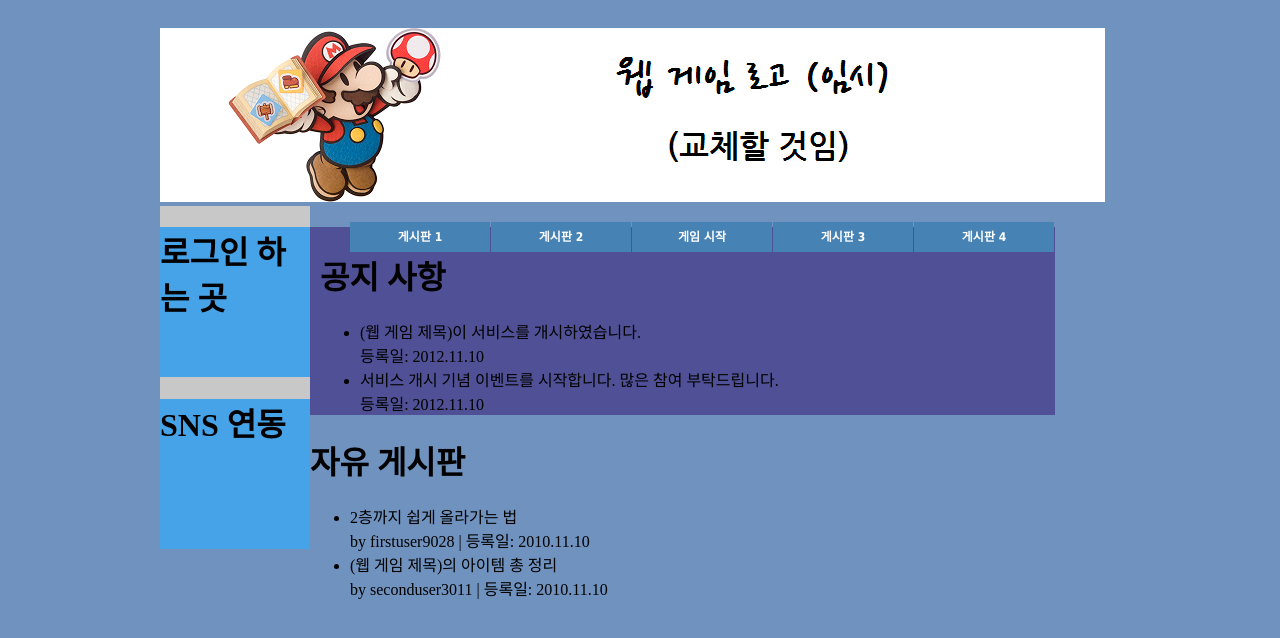
Repository: gunhe123/web_programing_project_Team_4
Page: http://localhost/web_game/
An editor plug-in stored every save of this project. The page is shown before and after the next save, followed by the edit.
The browser window is 1280 px wide. The pictures show the whole page.
The page is served by Tomcat 9. Nobody is signed in. The application's start-up code is not run. Other server files are loaded and not shown.

Above is the page before, as saved 2012-11-10 16:05:14.

### web_game/WebContent/index.html
<!DOCTYPE html>
<html lang="ko">
<head>
	<meta charset="utf-8">
	<title>Web Game</title>
	<link href="stylesheets/main.css" rel="stylesheet" type="text/css">
</head>
<body>
<div id="wrap">
	<div id="top_logo">
		<img src="images/mario.png" alt="Web Game Logo">
	</div>
	<div id="content">
		<div id="sidebar">
			<div id="login_box">
			<h1>로그인 하는 곳</h1>
			</div>
			<div id="sns">
			<h1>SNS 연동</h1>
			</div>
		</div>
		<div id="main_content">
			<div class="main_section" id="menubar">
				<ul>
					<li><a href="">게시판 1</a></li>
					<li><a href="">게시판 2</a></li>
					<li><a href="">게임 시작</a></li>
					<li><a href="">게시판 3</a></li>
					<li><a href="">게시판 4</a></li>
				</ul>
			</div>
			<div class="main_section" id="notice">
			<h1>공지 사항</h1>
			<ul>
				<li>
					<div class="article">
					(웹 게임 제목)이 서비스를 개시하였습니다.
					</div>
					<span class="date">등록일: 2012.11.10</span>
				</li>
				<li>
					<div class="article">
					서비스 개시 기념 이벤트를 시작합니다. 많은 참여 부탁드립니다.
					</div>
					<span class="date">등록일: 2012.11.10</span>
				</li>
			</ul>
			</div>
			<div class="main_section" id="free_board">
			<h1>자유 게시판</h1>
			<ul>
				<li>
					<div class="article">
					2층까지 쉽게 올라가는 법
					</div>
					<span class="author">by firstuser9028</span> |
					<span class="date">등록일: 2010.11.10</span>
				</li>
				<li>
					<div class="article">
					(웹 게임 제목)의 아이템 총 정리
					</div>
					<span class="author">by seconduser3011</span> |
					<span clss="date">등록일: 2010.11.10</span>
				</li>
			</ul>
			</div>
		</div>
	</div>
</div>
</body>
</html>

### web_game/WebContent/stylesheets/main.css
html{color:#000;
	background:rgb(112,146,190);
	padding:20px 0;
	}
#wrap{
	width: 960px;
	margin:0 auto;
}
#main_content{
	float: left;
}

#sidebar{
	background:rgb(200,200,200);
	width: 150px;
	float: left;
}
#login_box{
	background-color:rgb(71,163,232);
	height: 150px;
}
#sns{
	background-color:rgb(71,163,232);
	height: 150px;
}
#menubar ul li{
	float: left;
	list-style: none;
	}
#menubar ul li a{
	color:#fff; background-color:#4682b4;

	display:block;
	width:120px;
	text-align:center;
	padding:0px 10px;
	font: bold 12px/30px Tahoma;
	text-decoration:none;
	margin-right:1px;
}
#notice{
	padding-left: 10px;
	background-color:rgb(80,80,150);
	float: none;
}

After the next save:
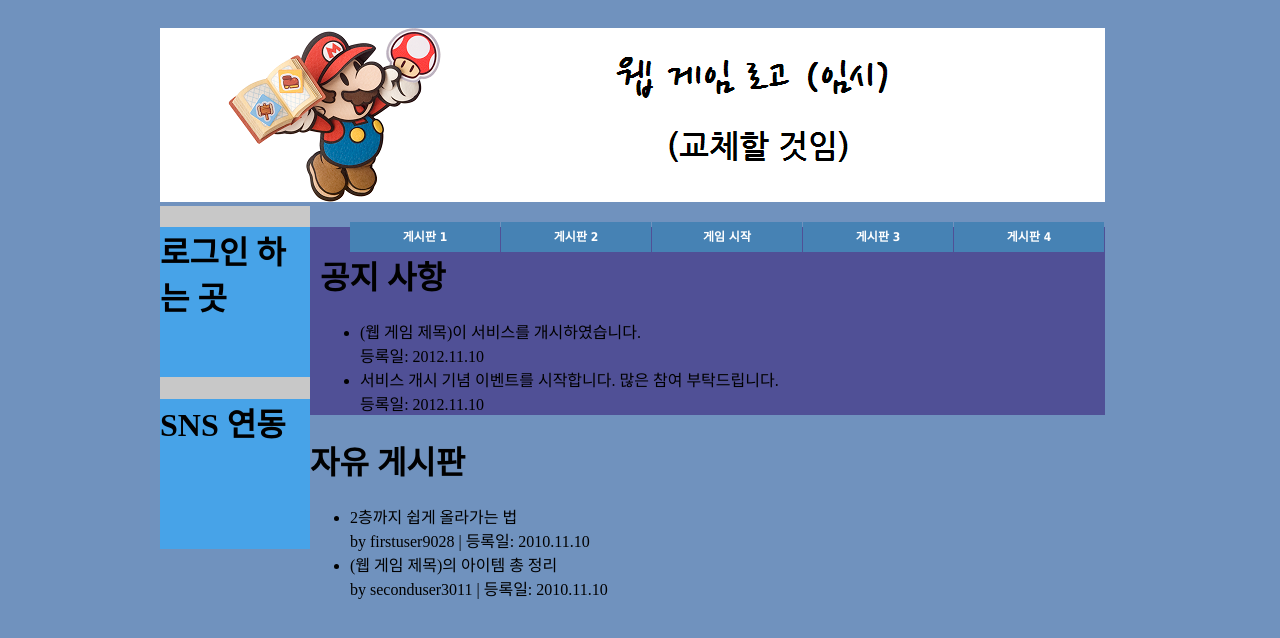
Saved 51 s later.
--- a/web_game/WebContent/stylesheets/main.css
+++ b/web_game/WebContent/stylesheets/main.css
@@ -33,7 +33,7 @@
 	display:block;
 	width:120px;
 	text-align:center;
-	padding:0px 10px;
+	padding:0px 15px;
 	font: bold 12px/30px Tahoma;
 	text-decoration:none;
 	margin-right:1px;
